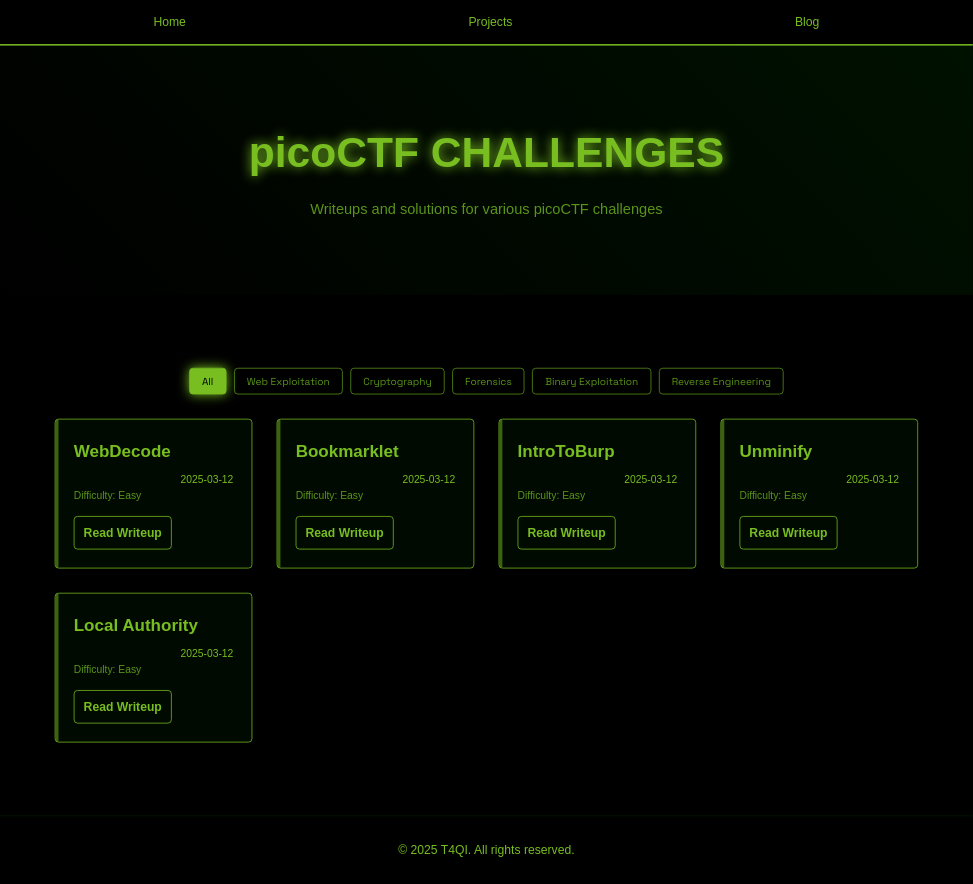
Repository: mohamedsoliman-tq/Website
Page: blogs/picoCTF/picoCTF.html
The author's editor kept a copy of each file at every save. The page is drawn from the files as they stood at one save, then again after a run of saves.
The browser window is 1280 px wide. The pictures show the whole page, at 76% of full size.

Above is the page before, as saved 2025-03-14 02:49:24.

### blogs/picoCTF/picoCTF.html
<!DOCTYPE html>
<html lang="en">
<head>
    <meta charset="UTF-8">
    <meta name="viewport" content="width=device-width, initial-scale=1.0">
    <title>picoCTF Blogs | T4QI</title>
    <link href="https://fonts.googleapis.com/css2?family=Space+Grotesk:wght@300;400;700&display=swap" rel="stylesheet">
    <link rel="icon" type="image/x-icon" href="/assets/favicon.ico">
    <link rel="apple-touch-icon" sizes="180x180" href="/assets/ficon.png">
    <link rel="stylesheet" href="/css/base.css">
    <link rel="stylesheet" href="/css/navigation.css">
    <link rel="stylesheet" href="/css/hero.css">
    <link rel="stylesheet" href="/css/sections.css">
    <link rel="stylesheet" href="/css/utilities.css">
    <link rel="stylesheet" href="/css/platforms.css">
</head>
<body>
    <nav>
        <ul>
            <li><a href="/">Home</a></li>
            <li><a href="/Projects.html">Projects</a></li>
            <li><a href="/Blogs.html">Blog</a></li>
        </ul>
    </nav>

    <div class="hero">
        <div class="container">
            <h1>picoCTF CHALLENGES</h1>
            <p>Writeups and solutions for various picoCTF challenges</p>
        </div>
    </div>

    <section class="section">
        <div class="container">
            <div class="category-tabs">
                <button class="category-tab active" data-category="all">All</button>
                <button class="category-tab" data-category="web">Web Exploitation</button>
                <button class="category-tab" data-category="crypto">Cryptography</button>
                <button class="category-tab" data-category="forensics">Forensics</button>
                <button class="category-tab" data-category="binary">Binary Exploitation</button>
                <button class="category-tab" data-category="reverse">Reverse Engineering</button>
            </div>

            <div class="blog-posts">
                <!-- Web Exploitation Challenges -->
                <div class="blog-card" data-category="web">
                    <h3>WebDecode</h3>
                    <span class="blog-date">2025-03-12</span>
                    <span class="blog-difficulty">Difficulty: Easy</span>
                    <a href="/blogs/picoCTF/WebDecode.html" class="read-more">Read Writeup</a>
                </div>

                <div class="blog-card" data-category="web">
                    <h3>Bookmarklet</h3>
                    <span class="blog-date">2025-03-12</span>
                    <span class="blog-difficulty">Difficulty: Easy</span>
                    <a href="/blogs/picoCTF/bookmarklet.html" class="read-more">Read Writeup</a>
                </div>

                <div class="blog-card" data-category="web">
                    <h3>IntroToBurp</h3>
                    <span class="blog-date">2025-03-12</span>
                    <span class="blog-difficulty">Difficulty: Easy</span>
                    <a href="/blogs/picoCTF/introburp.html" class="read-more">Read Writeup</a>
                </div>

                <div class="blog-card" data-category="web">
                    <h3>Unminify</h3>
                    <span class="blog-date">2025-03-12</span>
                    <span class="blog-difficulty">Difficulty: Easy</span>
                    <a href="/blogs/picoCTF/Unminify.html" class="read-more">Read Writeup</a>
                </div>

                <div class="blog-card" data-category="web">
                    <h3>Local Authority</h3>
                    <span class="blog-date">2025-03-12</span>
                    <span class="blog-difficulty">Difficulty: Easy</span>
                    <a href="/blogs/picoCTF/localauth.html" class="read-more">Read Writeup</a>
                </div>

                <!-- Cryptography Challenges -->


                <!-- Forensics Challenges -->


                <!-- Binary Exploitation Challenges -->


                <!-- Reverse Engineering Challenges -->

            </div>
        </div>
    </section>

    <footer>
        <p>© 2025 T4QI. All rights reserved.</p>
    </footer>

    <script>
        // Simple category filter functionality
        document.addEventListener('DOMContentLoaded', function() {
            const categoryTabs = document.querySelectorAll('.category-tab');
            const blogCards = document.querySelectorAll('.blog-card');

            categoryTabs.forEach(tab => {
                tab.addEventListener('click', function() {
                    // Remove active class from all tabs
                    categoryTabs.forEach(t => t.classList.remove('active'));

                    // Add active class to clicked tab
                    this.classList.add('active');

                    // Get selected category
                    const category = this.getAttribute('data-category');

                    // Filter blog cards
                    blogCards.forEach(card => {
                        if (category === 'all' || card.getAttribute('data-category') === category) {
                            card.style.display = 'block';
                        } else {
                            card.style.display = 'none';
                        }
                    });
                });
            });
        });
    </script>
</body>
</html>

### css/base.css
@import url('https://fonts.googleapis.com/css2?family=Space+Grotesk:wght@300;400;700&display=swap');

:root {
    --primary-black: #000000;
    --green-accent: #78BE20;
    --dark-green: #5a9419;
}

* {
    margin: 0;
    padding: 0;
    box-sizing: border-box;
    font-family: 'Space+Grotesk', sans-serif;
}

body {
    background-color: var(--primary-black);
    color: var(--green-accent);
    line-height: 1.6;
}

.container {
    max-width: 1200px;
    margin: 0 auto;
    padding: 2rem;
}

.section {
    padding: 4rem 0;
    border-bottom: 1px solid #001a00;
}

### css/navigation.css
nav {
    background: rgba(0, 0, 0, 0.95);
    padding: 1rem;
    position: sticky;
    top: 0;
    border-bottom: 2px solid var(--green-accent);
    z-index: 100;
}

nav ul {
    display: flex;
    justify-content: space-around;
    list-style: none;
}

nav a {
    color: var(--green-accent);
    text-decoration: none;
    padding: 0.5rem 1rem;
    transition: all 0.3s;
}

nav a:hover {
    color: var(--dark-green);
    text-shadow: 0 0 10px var(--green-accent);
}

@media (max-width: 768px) {
    nav ul {
        flex-direction: column;
        align-items: center;
    }

    nav li {
        margin: 0.5rem 0;
    }
}

### css/hero.css
.hero {
    text-align: center;
    padding: 4rem 0;
    background: linear-gradient(45deg, var(--primary-black), #001100);
}

.hero h1 {
    font-size: 3.5rem;
    margin-bottom: 1rem;
    color: var(--green-accent);
    text-shadow: 0 0 15px var(--green-accent);
}

.hero p {
    color: var(--dark-green);
    font-size: 1.2rem;
}

@media (max-width: 768px) {
    .hero h1 {
        font-size: 2.5rem;
    }
}

### css/sections.css
.skills-grid {
    display: grid;
    grid-template-columns: repeat(auto-fit, minmax(250px, 1fr));
    gap: 2rem;
    margin-top: 2rem;
}

.skill-card, .project-card, .blog-card {
    background: #000a00;
    padding: 1.5rem;
    border-radius: 5px;
    border: 1px solid var(--green-accent);
    transition: transform 0.3s ease;
}

.skill-card:hover, .project-card:hover, .blog-card:hover {
    transform: scale(1.05);
    box-shadow: 0 0 15px var(--green-accent);
}

.projects, .blog-posts {
    display: grid;
    grid-template-columns: repeat(auto-fit, minmax(250px, 1fr));
    gap: 2rem;
    margin-top: 2rem;
}

.project-card h3, .blog-card h3 {
    color: var(--green-accent);
    margin-bottom: 0.75rem;
}

.project-card p, .blog-card p {
    color: var(--dark-green);
    margin-bottom: 0.5rem;
}

.blog-date {
    color: var(--green-accent);
    font-size: 0.85rem;
    display: block;
    text-align: right;
}

.contact-grid {
    display: grid;
    grid-template-columns: 1fr 1fr;
    gap: 2rem;
    align-items: center;
}

.social-links {
    background: #000a00;
    padding: 1.5rem;
    border: 1px solid var(--green-accent);
    border-radius: 8px;
}

.social-links h3 {
    color: var(--green-accent);
    margin-bottom: 1rem;
    text-align: center;
}

.social-icons {
    display: flex;
    flex-direction: column;
    gap: 1rem;
}

.social-icon {
    color: var(--green-accent);
    text-decoration: none;
    padding: 0.5rem 1rem;
    border: 1px solid var(--green-accent);
    text-align: center;
    transition: all 0.3s ease;
}

.social-icon:hover {
    background-color: var(--green-accent);
    color: var(--primary-black);
    box-shadow: 0 0 15px var(--green-accent);
}

.read-more {
    display: inline-block;
    margin-top: 10px;
    padding: 8px 12px;
    font-size: 1rem;
    font-weight: bold;
    color: var(--green-accent);
    text-decoration: none;
    border: 1px solid var(--green-accent);
    border-radius: 5px;
    transition: all 0.3s ease;
}

.read-more:hover {
    background-color: var(--green-accent);
    color: var(--primary-black);
    box-shadow: 0 0 10px var(--green-accent);
}


@media (max-width: 768px) {
    .projects, .blog-posts, .contact-grid {
        grid-template-columns: 1fr;
    }
}

/* Add this to your sections.css file */

/* Category tabs for filtering */
.category-tabs {
    display: flex;
    flex-wrap: wrap;
    gap: 10px;
    margin-bottom: 2rem;
    justify-content: center;
}

.category-tab {
    background: transparent;
    color: var(--dark-green);
    border: 1px solid var(--dark-green);
    border-radius: 5px;
    padding: 8px 16px;
    cursor: pointer;
    transition: all 0.3s ease;
    font-family: 'Space Grotesk', sans-serif;
}

.category-tab:hover {
    border-color: var(--green-accent);
    color: var(--green-accent);
    box-shadow: 0 0 10px rgba(120, 190, 32, 0.2);
}

.category-tab.active {
    background-color: var(--green-accent);
    color: var(--primary-black);
    border-color: var(--green-accent);
    box-shadow: 0 0 15px var(--green-accent);
}

/* Blog card enhancements */
.blog-card {
    display: flex;
    flex-direction: column;
    height: 100%;
    position: relative;
    overflow: hidden;
}

.blog-card::before {
    content: '';
    position: absolute;
    top: 0;
    left: 0;
    width: 4px;
    height: 100%;
    background: var(--green-accent);
    opacity: 0.5;
}

.blog-card h3 {
    font-size: 1.4rem;
    margin-bottom: 0.5rem;
}

.blog-difficulty {
    color: var(--dark-green);
    font-size: 0.85rem;
    display: block;
    margin-bottom: 1rem;
}

.blog-card .read-more {
    margin-top: auto;
    align-self: flex-start;
}

/* Responsive adjustments */
@media (max-width: 768px) {
    .category-tabs {
        flex-direction: column;
        align-items: center;
    }

    .category-tab {
        width: 100%;
        text-align: center;
    }
}

### css/utilities.css
footer {
    text-align: center;
    padding: 2rem;
    color: var(--green-accent);
}

.hidden {
    display: none;
}

.visible {
    display: block;
}

### css/platforms.css
/* Platform grid layout */
.platform-grid {
    display: grid;
    grid-template-columns: repeat(auto-fit, minmax(250px, 1fr));
    gap: 2rem;
    margin-top: 2rem;
}

/* Platform card styling */
.platform-card {
    background: #000a00;
    padding: 1.5rem;
    border-radius: 5px;
    border: 1px solid var(--green-accent);
    transition: all 0.3s ease;
    position: relative;
    overflow: hidden;
    cursor: pointer;
    text-align: center;
    display: block;
    text-decoration: none;
    color: inherit;
}

.platform-card h3 {
    color: var(--green-accent);
    margin-bottom: 0.75rem;
    position: relative;
    z-index: 2;
}

.platform-card p {
    color: var(--dark-green);
    margin-bottom: 0.5rem;
    position: relative;
    z-index: 2;
}

/* Glow effect */
.platform-glow {
    position: absolute;
    bottom: -50px;
    left: 0;
    width: 100%;
    height: 50px;
    background: var(--green-accent);
    filter: blur(20px);
    opacity: 0.2;
    transition: all 0.3s ease;
}

/* Hover effects */
.platform-card:hover {
    transform: translateY(-5px);
    box-shadow: 0 0 15px var(--green-accent);
    cursor: pointer;
}

.platform-card:hover .platform-glow {
    opacity: 0.5;
    bottom: -30px;
}

/* Responsive adjustments */
@media (max-width: 768px) {
    .platform-grid {
        grid-template-columns: 1fr;
    }
}

After the next 11 saves:
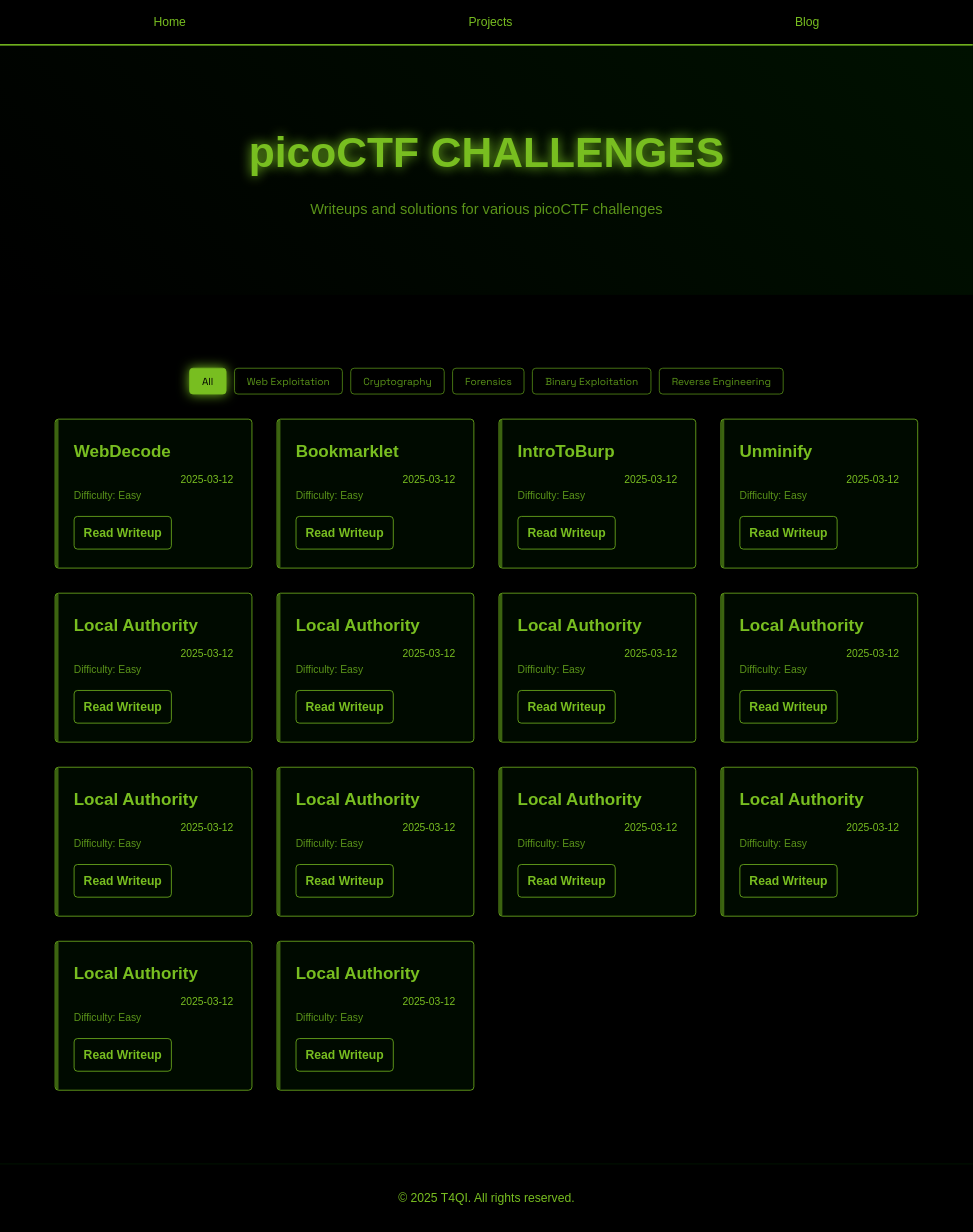
The 11 saves are shown as one change because they came seconds apart.
The last was saved 29 s later.
--- a/blogs/picoCTF/picoCTF.html
+++ b/blogs/picoCTF/picoCTF.html
@@ -78,6 +78,69 @@
                     <a href="/blogs/picoCTF/localauth.html" class="read-more">Read Writeup</a>
                 </div>
 
+                <div class="blog-card" data-category="web">
+                    <h3>Local Authority</h3>
+                    <span class="blog-date">2025-03-12</span>
+                    <span class="blog-difficulty">Difficulty: Easy</span>
+                    <a href="/blogs/picoCTF/localauth.html" class="read-more">Read Writeup</a>
+                </div>
+
+                <div class="blog-card" data-category="web">
+                    <h3>Local Authority</h3>
+                    <span class="blog-date">2025-03-12</span>
+                    <span class="blog-difficulty">Difficulty: Easy</span>
+                    <a href="/blogs/picoCTF/localauth.html" class="read-more">Read Writeup</a>
+                </div>
+
+                <div class="blog-card" data-category="web">
+                    <h3>Local Authority</h3>
+                    <span class="blog-date">2025-03-12</span>
+                    <span class="blog-difficulty">Difficulty: Easy</span>
+                    <a href="/blogs/picoCTF/localauth.html" class="read-more">Read Writeup</a>
+                </div>
+
+                <div class="blog-card" data-category="web">
+                    <h3>Local Authority</h3>
+                    <span class="blog-date">2025-03-12</span>
+                    <span class="blog-difficulty">Difficulty: Easy</span>
+                    <a href="/blogs/picoCTF/localauth.html" class="read-more">Read Writeup</a>
+                </div>
+
+                <div class="blog-card" data-category="web">
+                    <h3>Local Authority</h3>
+                    <span class="blog-date">2025-03-12</span>
+                    <span class="blog-difficulty">Difficulty: Easy</span>
+                    <a href="/blogs/picoCTF/localauth.html" class="read-more">Read Writeup</a>
+                </div>
+
+                <div class="blog-card" data-category="web">
+                    <h3>Local Authority</h3>
+                    <span class="blog-date">2025-03-12</span>
+                    <span class="blog-difficulty">Difficulty: Easy</span>
+                    <a href="/blogs/picoCTF/localauth.html" class="read-more">Read Writeup</a>
+                </div>
+
+                <div class="blog-card" data-category="web">
+                    <h3>Local Authority</h3>
+                    <span class="blog-date">2025-03-12</span>
+                    <span class="blog-difficulty">Difficulty: Easy</span>
+                    <a href="/blogs/picoCTF/localauth.html" class="read-more">Read Writeup</a>
+                </div>
+
+                <div class="blog-card" data-category="web">
+                    <h3>Local Authority</h3>
+                    <span class="blog-date">2025-03-12</span>
+                    <span class="blog-difficulty">Difficulty: Easy</span>
+                    <a href="/blogs/picoCTF/localauth.html" class="read-more">Read Writeup</a>
+                </div>
+
+                <div class="blog-card" data-category="web">
+                    <h3>Local Authority</h3>
+                    <span class="blog-date">2025-03-12</span>
+                    <span class="blog-difficulty">Difficulty: Easy</span>
+                    <a href="/blogs/picoCTF/localauth.html" class="read-more">Read Writeup</a>
+                </div>
+
                 <!-- Cryptography Challenges -->
 
 
